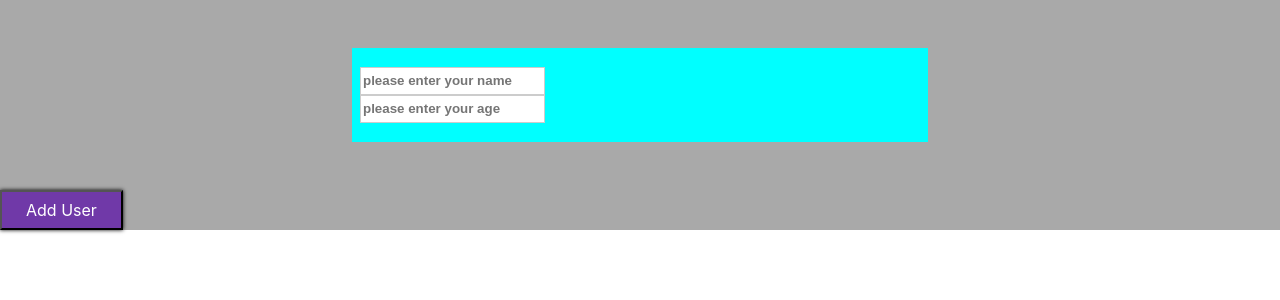
Repository: NamalPathirana/section-eight
Page: /
The author's editor kept a copy of each file at every save. The page is drawn from the files as they stood at one save, then again after the next save.
The browser window is 1280 px wide. The pictures show the whole page.
The project was rebuilt for these pictures with package versions that can differ from the ones it lists, and the page was loaded fresh each time.

Above is the page before, as saved 2021-11-25 21:51:30.

After the next save:
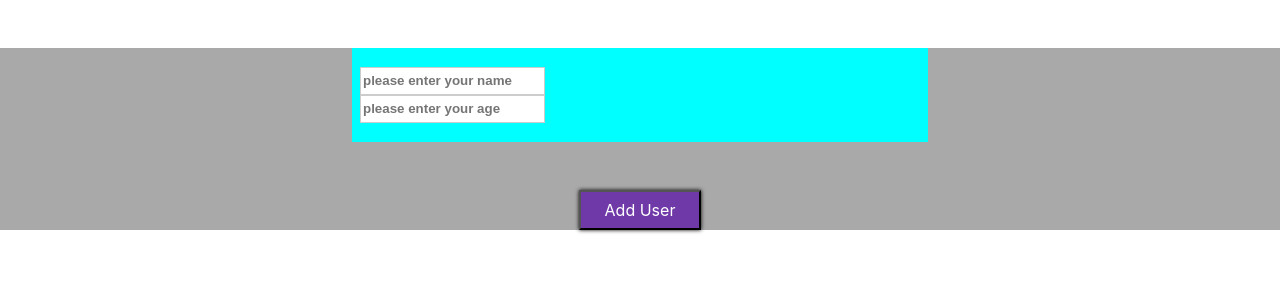
Saved 5 s later.
--- a/src/App.css
+++ b/src/App.css
@@ -1,5 +1,5 @@
 .App {
-  display: flex;
+  text-align: center;
   flex-direction: column;
   background-color: darkgrey;
 }
